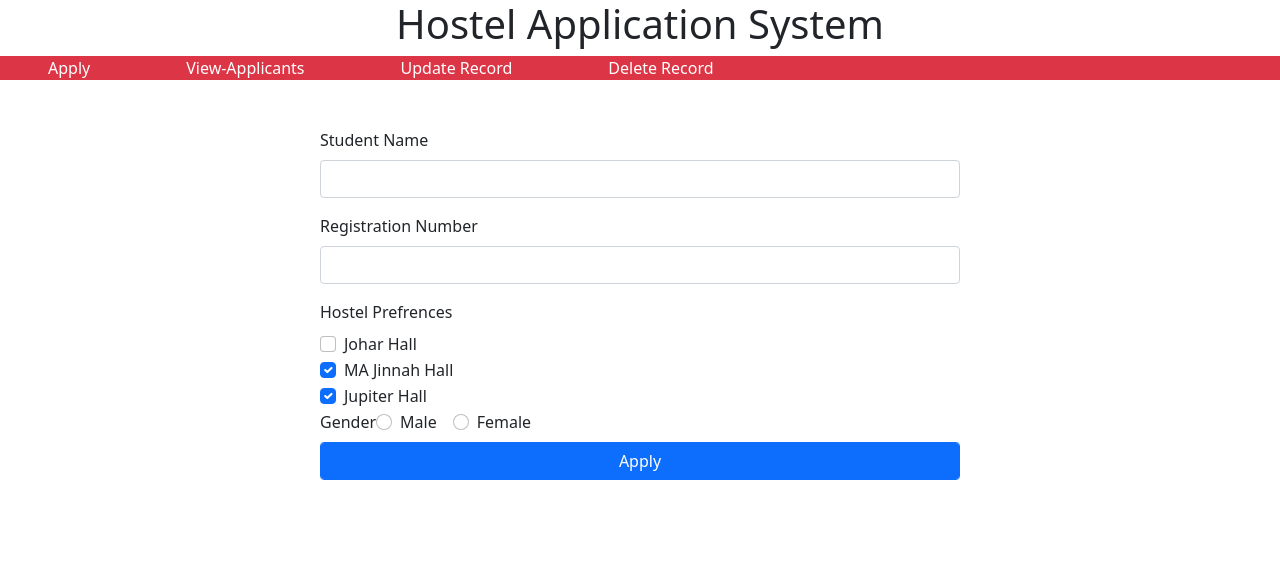
Repository: SaudCh/lab-final
Page: /hostelApplicants
The author's editor kept a copy of each file at every save. The page is drawn from the files as they stood at one save, then again after the next save.
The browser window is 1280 px wide. The pictures show the whole page.
The project was rebuilt for these pictures with package versions that can differ from the ones it lists, and the page was loaded fresh each time. Also part of the build but not shown: src/components/ViewApplicant.jsx, src/components/UpdateRecord.jsx, src/components/DeleteRecord.jsx.

Above is the page before, as saved 2022-01-01 13:43:22.

After the next save:
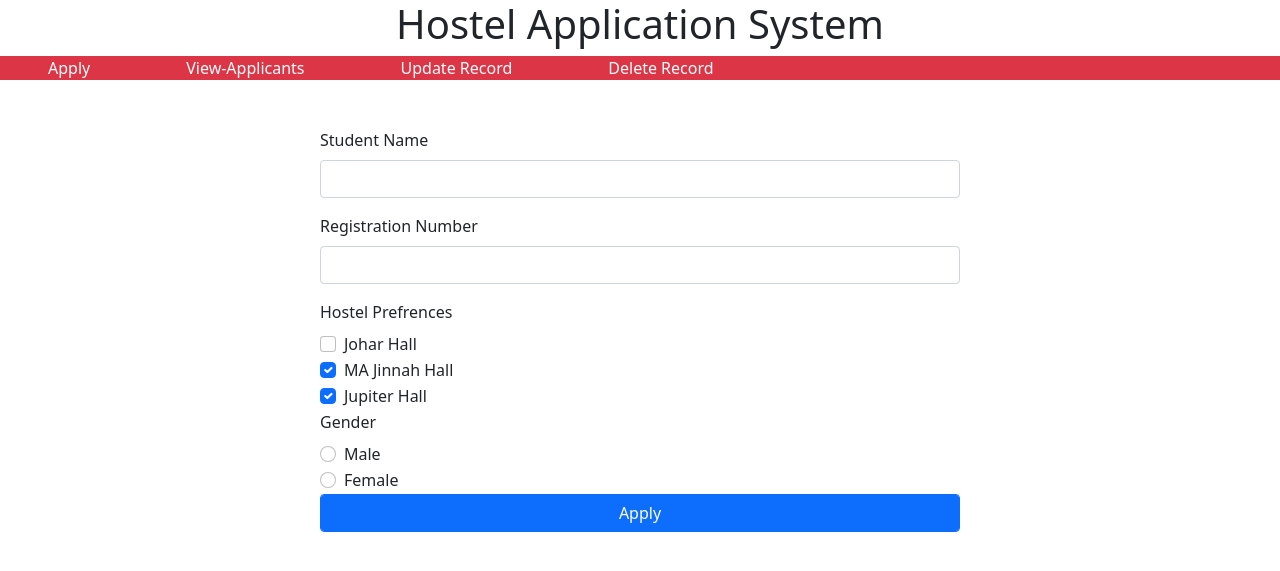
Saved 22 s later.
--- a/src/components/AddApplicant.jsx
+++ b/src/components/AddApplicant.jsx
@@ -96,7 +96,7 @@ const AddApplicant = () => {
 
         <div>
           <label className="mb-2">Gender</label>
-          <div class="form-check form-check-inline">
+          <div class="form-check form-check">
             <input
               class="form-check-input"
               type="radio"
